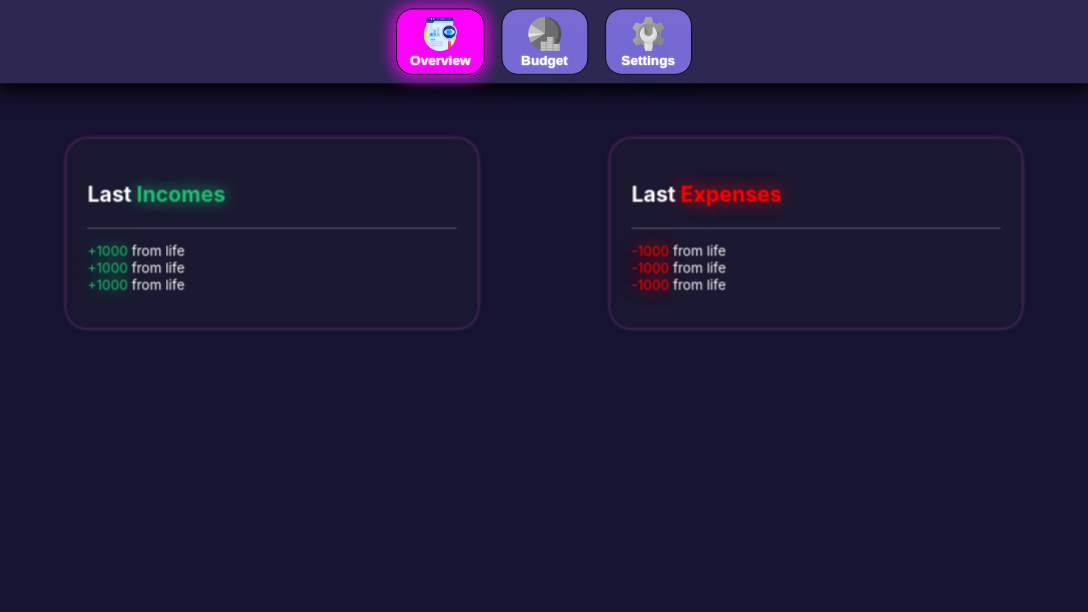
Repository: Minkeani/Money-Manager
Page: /Overview
These files come from the project's save history. The page is drawn as it stood at one moment and after the next save; the edit follows.
The browser window is 1280 px wide. The pictures show the whole page, at 85% of full size.
The project was rebuilt for these pictures with package versions that can differ from the ones it lists, and the page was loaded fresh each time. Also part of the build but not shown: src/components/Budget/Budget.module.css, src/components/Budget/Budget.jsx, src/components/Settings/Settings.jsx, src/components/NotFound/NotFound.module.css, src/components/NotFound/NotFound.jsx.

Above is the page before, as saved 2022-07-16 19:36:26.

### src/index.js
import React from 'react';
import ReactDOM from 'react-dom/client';
import './styles/index.css'
import App from './App';

const root = ReactDOM.createRoot(document.getElementById('root'));
root.render(
    <App />
);

### src/styles/index.css
:root {
  --color-theme: #161231;
	--color-white: #fff;
	--color-black: #000;
	--color-dark-gray: #10100e;
	--color-yellow: #ffff00;
	--color-blue: #6884fb;
	--color-red: #f75d83;
	--font-bold: 600;
	--color-violet: #ae72c2;
	--text-shadow-yellow:
		0 0 2px var(--color-white),
		0 0 40px var(--color-blue);

	--spacing-medium: 20px;

	--spacing-small: 10px;

	--spacing-ultra-small: 5px;

	--spacing-large: 30px;

	--font-family-main: sans-serif;

	--border-radius-small: 3px;

	--border-radius-medium: 5px;

	--margin-list: 7px;

	--font-size-main: 16px;

	--font-size-header: 26px;

	--font-size-subheader: 18px;

	/* Theme */
	--theme-light-header: #dfe2df;

	--theme-dark-header: #ca6ca6;

	--theme-neitral-header: #cccc46;

	--theme-default-header: var(--theme-neitral-header);

	--transition: .4s;

	--theme-light-bg-img: linear-gradient(to top, #b7b7b7, #a396b0, #9a72a0, #984986, #960062);

	--theme-dark-bg-img:  linear-gradient(to top, #6a2b60, #532143, #3b192b, #221118, #000000);

	--width-max: 1200px

}
body {
  margin: 0;
	padding: 0;
	background-color: var(--color-theme);
  font-family: -apple-system, BlinkMacSystemFont, 'Segoe UI', 'Roboto', 'Oxygen',
    'Ubuntu', 'Cantarell', 'Fira Sans', 'Droid Sans', 'Helvetica Neue',
    sans-serif;
  -webkit-font-smoothing: antialiased;
  -moz-osx-font-smoothing: grayscale;
}

code {
  font-family: source-code-pro, Menlo, Monaco, Consolas, 'Courier New',
    monospace;
}

### src/App.js
import styles from './App.module.css';
import Header from './components/Header/Header';
import RoutesConfig from './routes/RoutesConfig';
import { Routes, Route, BrowserRouter, Router } from 'react-router-dom';

function App() {
  return (
    <div className={styles.App}>
      <BrowserRouter>
        <div className={styles.wrapper}>
          <Header/>
            <Routes>
              {RoutesConfig.map((route, index) => (
                <Route
                  key={index}
                  exact={route.exact}
                  element={<route.element/>}
                  path={route.path}
                />
              ))}
            </Routes>
        </div>
      </BrowserRouter>
    </div>
  );
}

export default App;

### src/App.module.css
.App {
  text-align: center;
  display: flex;
  justify-content: center;
  align-items: center;
  margin: 0 auto;
}

.App-logo {
  height: 40vmin;
  pointer-events: none;
}

.wrapper {
  width: 100%;
}

@media (prefers-reduced-motion: no-preference) {
  .App-logo {
    animation: App-logo-spin infinite 20s linear;
  }
}

.App-header {
  background-color: #282c34;
  min-height: 100vh;
  display: flex;
  flex-direction: column;
  align-items: center;
  justify-content: center;
  font-size: calc(10px + 2vmin);
  color: white;
}

.App-link {
  color: #61dafb;
}

@keyframes App-logo-spin {
  from {
    transform: rotate(0deg);
  }
  to {
    transform: rotate(360deg);
  }
}

### src/components/Header/Header.jsx
import React, {useState} from 'react'
import styles from './Header.module.scss'
import { Link } from 'react-router-dom';
import Budget from '../../icons/budget.svg'
import overview from '../../icons/Overview.svg'
import settings from '../../icons/settings.svg'
import { motion } from "framer-motion";


export default function Header() {
  const [active, setActive] = useState(1)

  const HeaderAnimation = {
    hidden: {
      y: 100,
      opacity: 0
    },
    visible: custom => ({
      y: 0,
      opacity: 1,
      transition: {delay: custom * 0.2}
    })
  };


  return (
    <motion.div
      initial="hidden"
      whileInView="visible"
      viewport={{ amount: 0.3, once: true }}
      variants={HeaderAnimation}
      className={styles.container}>
    <ul className={styles.list__container}>
        <li
          onClick={() => setActive(1)}
          className={active === 1 ? styles.active : ''}
        >
            <Link to='/Overview' exact='true' >
                 <img src={overview} alt="" />
                Overview</Link>
        </li>
        <li
          onClick={() => setActive(2)}
          className={active === 2 ? styles.active : ''}
          >
            <Link to='/Budget' exact='true' >
               <img src={Budget} alt="" />
              Budget</Link></li>
        <li
           onClick={() => setActive(3)}
           className={active === 3 ? styles.active : ''}
          >
            <Link to="/Settings" exact='true'>
              <img src={settings} alt="" />
              Settings</Link></li>
    </ul>

    </motion.div>
  )
}

### src/routes/RoutesConfig.js
import Budget from "../components/Budget/Budget"
import Overview from "../components/Overview/Overview"
import Settings from "../components/Settings/Settings"
import NotFound from "../components/NotFound/NotFound"

const RoutesConfig = [
    {
        path: '/Budget',
        exact: true,
        element: Budget
    },
    {
        path: '/Overview',
        exact: true,
        element: Overview
    },
    {
        path: '/Settings',
        exact: true,
        element: Settings
    }, {
        path: '/NotFound',
        exact: true,
        element: NotFound
    },

]

export default RoutesConfig

### src/components/Header/Header.module.scss
.container {
    display: flex;
    align-items: center;
    justify-content: center;
    margin-bottom: var(--spacing-large);
    background-color: #2d2751;
    width: 100%;
    box-shadow: 0px 7px 20px 2px ;
}
.list__container {
    display: flex;
    flex-wrap: wrap;
    margin: 0;
    padding: 0;
    list-style-type: none;
}

.list__container li {
    background-color: #7869d3;
    flex-direction: column;
    border: 1px solid black;
    margin: 10px;
    border-radius: 20px;
    cursor: pointer
}

.list__container li:hover {
    background-color: #dd6edb;

}



.list__container a {
    display: flex;
    align-items: center;
    flex-direction: column;
    margin: 0 10px;
    padding: 5px 3px;
    min-width: 70px;
    border: 2px solid transparent;
    border-radius: var(--border-radius-small);
    color: var(--color-white);
    text-align: center;
    font-family: var(--font-family-main);
    text-decoration: none;
    font-weight: var(--font-bold);
    text-shadow: var(--text-shadow-yellow);
    transition: var(--transition);
}

.list__container .active {
    background-color: #ff00fa;
    box-shadow: 0 0 20px 3px #ff00fa;
     img {
        filter: grayscale(0);
    }

}



.list__container img {
    height: 2.5rem;
    margin: 0.1375rem;
    width: 2.5rem;
    filter: grayscale(1);
}
.list__container :global(a.active) {
    border: 2px solid var(--color-violet);
    color: var(--color-violet);
    text-shadow: none;
}

.logo {
    width: 60px;
    height: 60px;
    margin-right: var(--spacing-large);
    object-fit: cover;
    object-position: center center;
}

### src/components/Overview/Overview.jsx
import React from 'react'
import OverviewBlock from '../OverviewBlocks/OverviewBlock/OverviewBlock'
import styles from './Overview.module.css'

export default function Overview() {
  return (
    <div className={styles.container}>
      <OverviewBlock/>
    </div>
  )
}

### src/components/OverviewBlocks/OverviewBlock/OverviewBlock.jsx
import React, {useState} from 'react';
import styles from './Overview.module.css'

const OverviewBlock = () => {
    const [blocks, setBlocks] = useState([
        {type: 'Incomes', sign: '+', classes: 'money', array:  [{money: 1000, category: 'life'}, {money: 1000, category: 'life'}, {money: 1000, category: 'life'}]},
        {type: 'Expenses', sign: '-', classes: 'Remoney', array:  [{money: 1000, category: 'life'}, {money: 1000, category: 'life'}, {money: 1000, category: 'life'}]}
])

    return (
        <>
            {blocks.map(({type, sign, classes, array}) => (
                    <div className={styles.container}>
                        <h3 className={styles.title}>Last <span className={classes === 'money' ? styles.money : styles.Remoney}>{type}</span></h3>
                        <div className={styles.dilivar}></div>
                            <ul className={styles.list}>
                                    {array.map(({money, category}) => (
                                        <li><span className={classes === 'money' ? styles.money : styles.Remoney}>{sign}{money}</span> from <span>{category}</span></li>
                                    ))}
                            </ul>
                        </div>
            )
            )}

        </>
    );
}

export default OverviewBlock;

### src/components/Overview/Overview.module.css
.container {
    display: grid;
    grid-template-columns: 1fr 1fr;
    grid-template-rows: 1fr 1fr;
    padding: 10px;
    gap: 20px 20px;
    justify-items: center;
}

### src/components/OverviewBlocks/OverviewBlock/Overview.module.css
.container {
    display: flex;
    flex-direction: column;
    align-items: start;
    overflow-y: auto;
    border-radius: 1.5625rem;
    width: 70%;
    padding: 25px;
    margin: 25px;
    background: rgba(50, 50, 50, 0.2);
    backdrop-filter: blur(10px);
    box-shadow: 0 0 5px 0px #8e4a8e;
    color: white;
}

.title {
    color: #fff;
    font-size: 1.5625rem;
}

.dilivar {
    background-color: #707175;
    height: 1px;
    width: 100%;
}

.money {
    color: #21bf73;
    text-shadow: 0 0 20px #21bf73;
}

.Remoney {
    color: red;
    text-shadow: 0 0 20px red;
}

.list {
    list-style-type: none;
    padding: 0;
}

### src/components/OverviewBlocks/OverviewCharts/Charts.jsx
import React from 'react'
import styles from '../OverviewBlock/Overview.module.css'
import { Chart as ChartJS, ArcElement, Tooltip, Legend } from 'chart.js';
import { Doughnut } from 'react-chartjs-2';

ChartJS.register(ArcElement, Tooltip, Legend);

export const data = {
    labels: ['Red', 'Blue', 'Yellow', 'Green', 'Purple', 'Orange'],
    datasets: [
      {
        label: '# of Votes',
        data: [12, 19, 3, 5, 2, 3],
        backgroundColor: [
          'rgba(255, 99, 132, 0.2)',
          'rgba(54, 162, 235, 0.2)',
          'rgba(255, 206, 86, 0.2)',
          'rgba(75, 192, 192, 0.2)',
          'rgba(153, 102, 255, 0.2)',
          'rgba(255, 159, 64, 0.2)',
        ],
        borderColor: [
          'rgba(255, 99, 132, 1)',
          'rgba(54, 162, 235, 1)',
          'rgba(255, 206, 86, 1)',
          'rgba(75, 192, 192, 1)',
          'rgba(153, 102, 255, 1)',
          'rgba(255, 159, 64, 1)',
        ],
        borderWidth: 1,
      },
    ],
  };

export default function Charts() {
  return (
    <div className={styles.container}>
        <Doughnut data={data} />;
    </div>
  )
}

Loaded but not shown: public/index.html (common file)

After the next save:
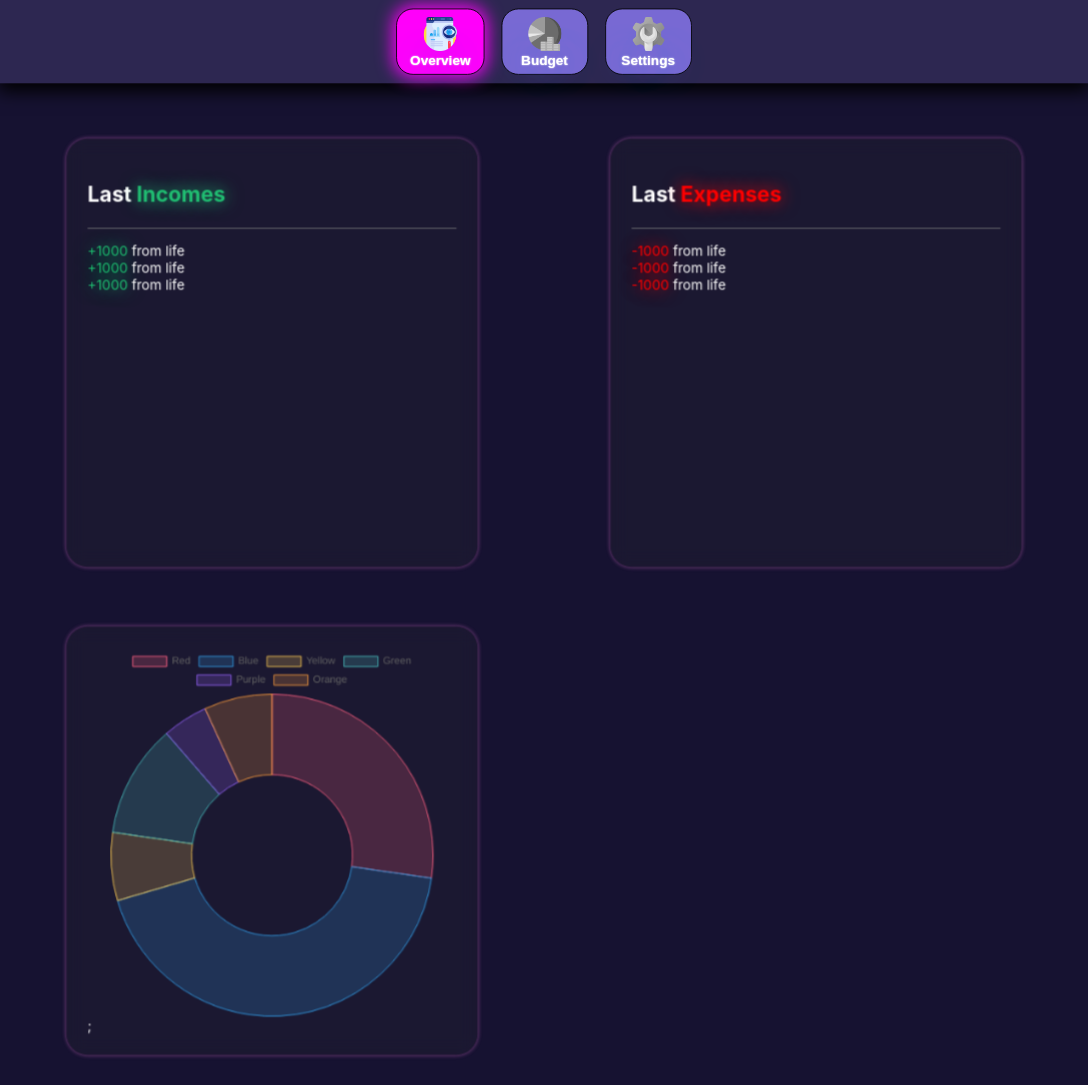
Saved 17 s later.
--- a/src/components/Overview/Overview.jsx
+++ b/src/components/Overview/Overview.jsx
@@ -1,11 +1,13 @@
 import React from 'react'
 import OverviewBlock from '../OverviewBlocks/OverviewBlock/OverviewBlock'
 import styles from './Overview.module.css'
+import Charts from '../OverviewBlocks/OverviewCharts/Charts'
 
 export default function Overview() {
   return (
     <div className={styles.container}>
       <OverviewBlock/>
+      <Charts/>
     </div>
   )
 }
